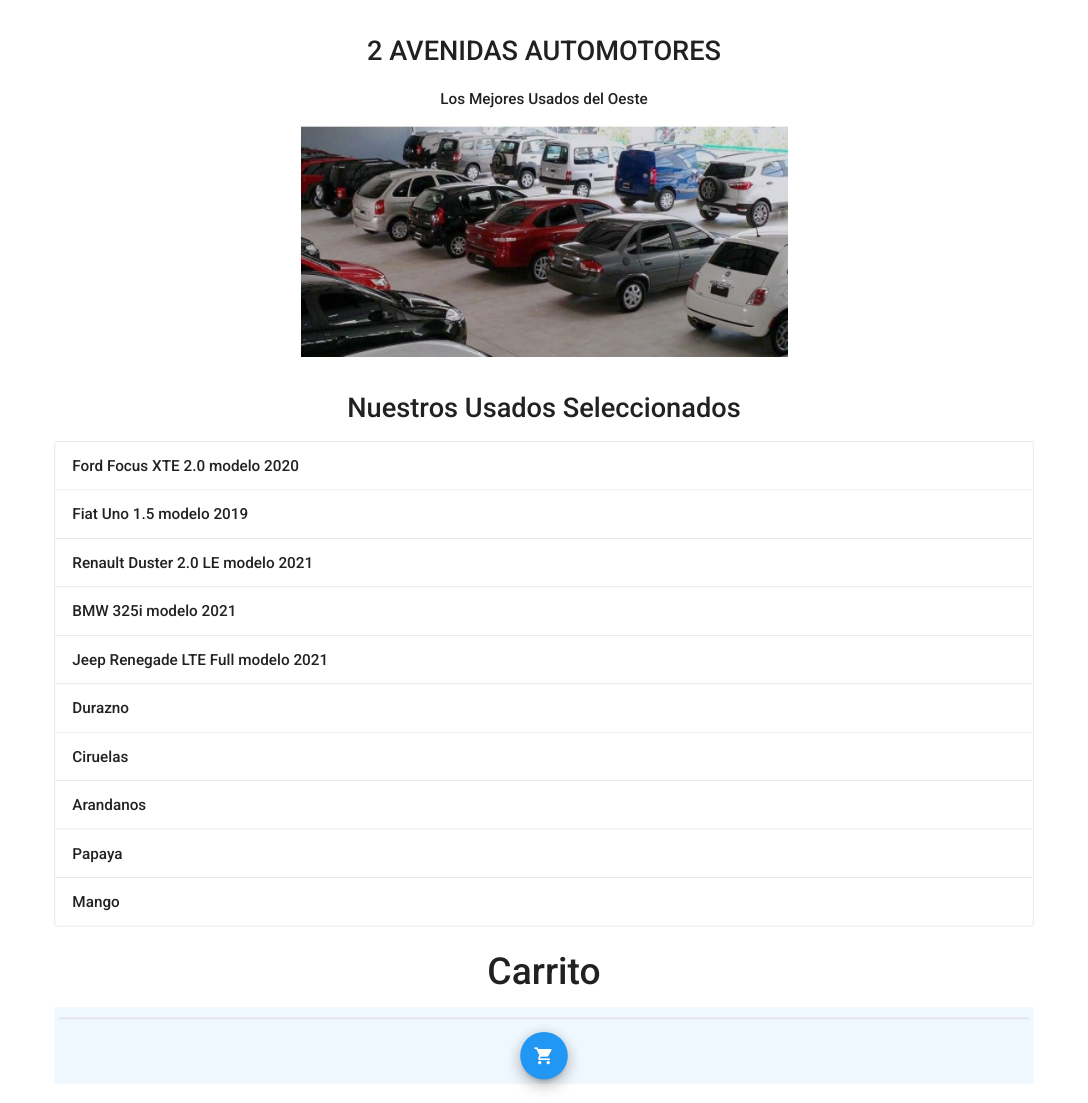
Repository: gadiazsaavedra/SimuladorInteractiv-14-03
Page: index.html
These files come from the project's save history. The page is drawn as it stood at one moment and after a run of saves; the edit follows.
The browser window is 1280 px wide. The pictures show the whole page, at 85% of full size.

Above is the page before, as saved 2022-03-15 10:31:37.

After the next 6 saves:
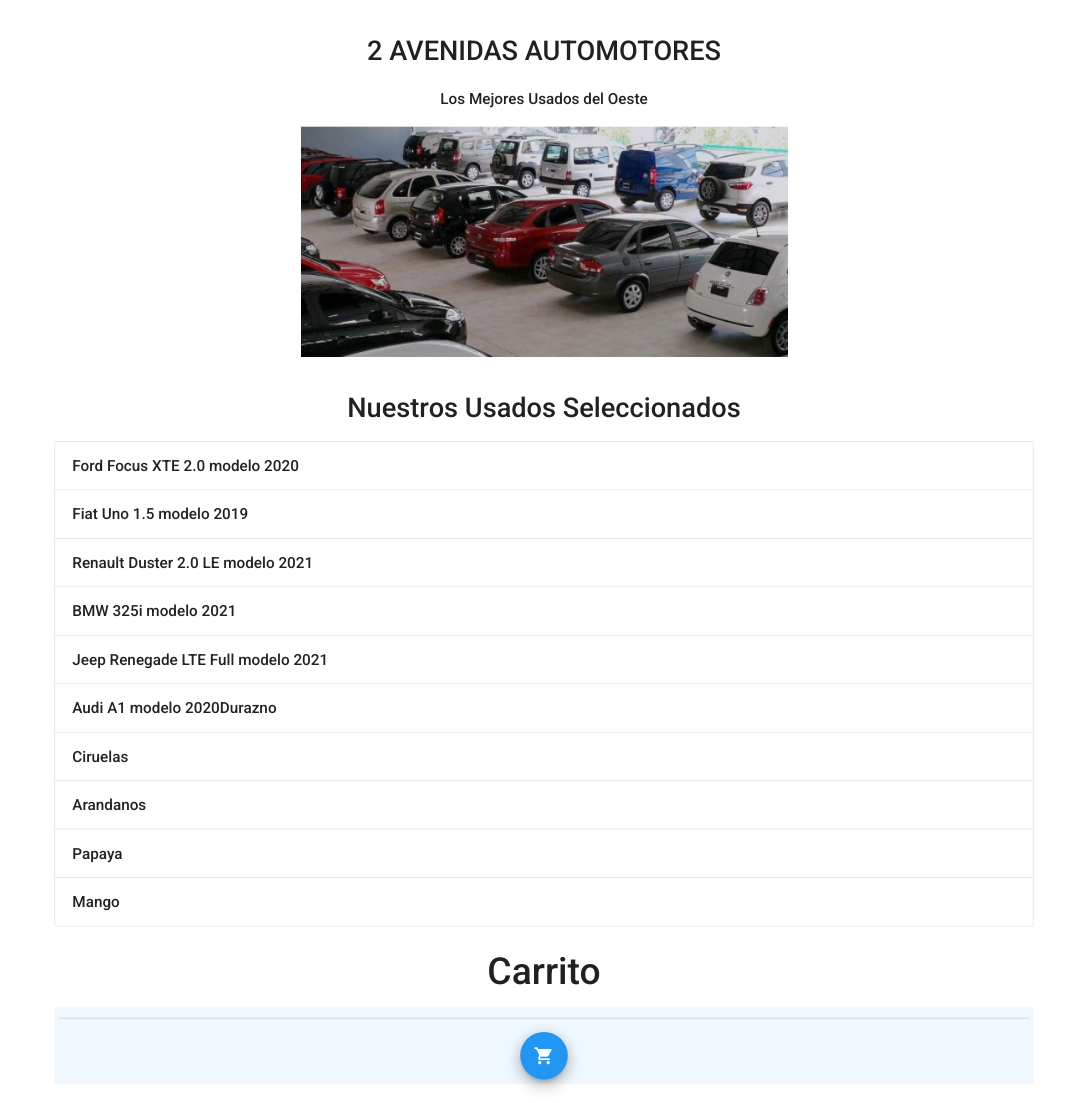
The 6 saves are shown as one change because they came seconds apart.
The last was saved 20 s later.
--- a/js/variables.js
+++ b/js/variables.js
@@ -1,5 +1,5 @@
 // const productos = ['Motherboard ATX Intel', 'Memoria RAM 4 GB DDR3', 'Hard Disk 80 GB SEAGATE', 'Monitor Viewsonic .31', 'Case Babytower', 'Fuente 100~240 ATX 5 AMP']
-const productos = ['Ford Focus XTE 2.0 modelo 2020', 'Fiat Uno 1.5 modelo 2019', 'Renault Duster 2.0 LE modelo 2021', 'BMW 325i modelo 2021', 'Jeep Renegade LTE Full modelo 2021', 'Durazno', 'Ciruelas', 'Arandanos', 'Papaya', 'Mango']
+const productos = ['Ford Focus XTE 2.0 modelo 2020', 'Fiat Uno 1.5 modelo 2019', 'Renault Duster 2.0 LE modelo 2021', 'BMW 325i modelo 2021', 'Jeep Renegade LTE Full modelo 2021', 'Audi A1 modelo 2020Durazno', 'Ciruelas', 'Arandanos', 'Papaya', 'Mango']
 const carrito = []
 
 const titulo = document.getElementById("titulo")
